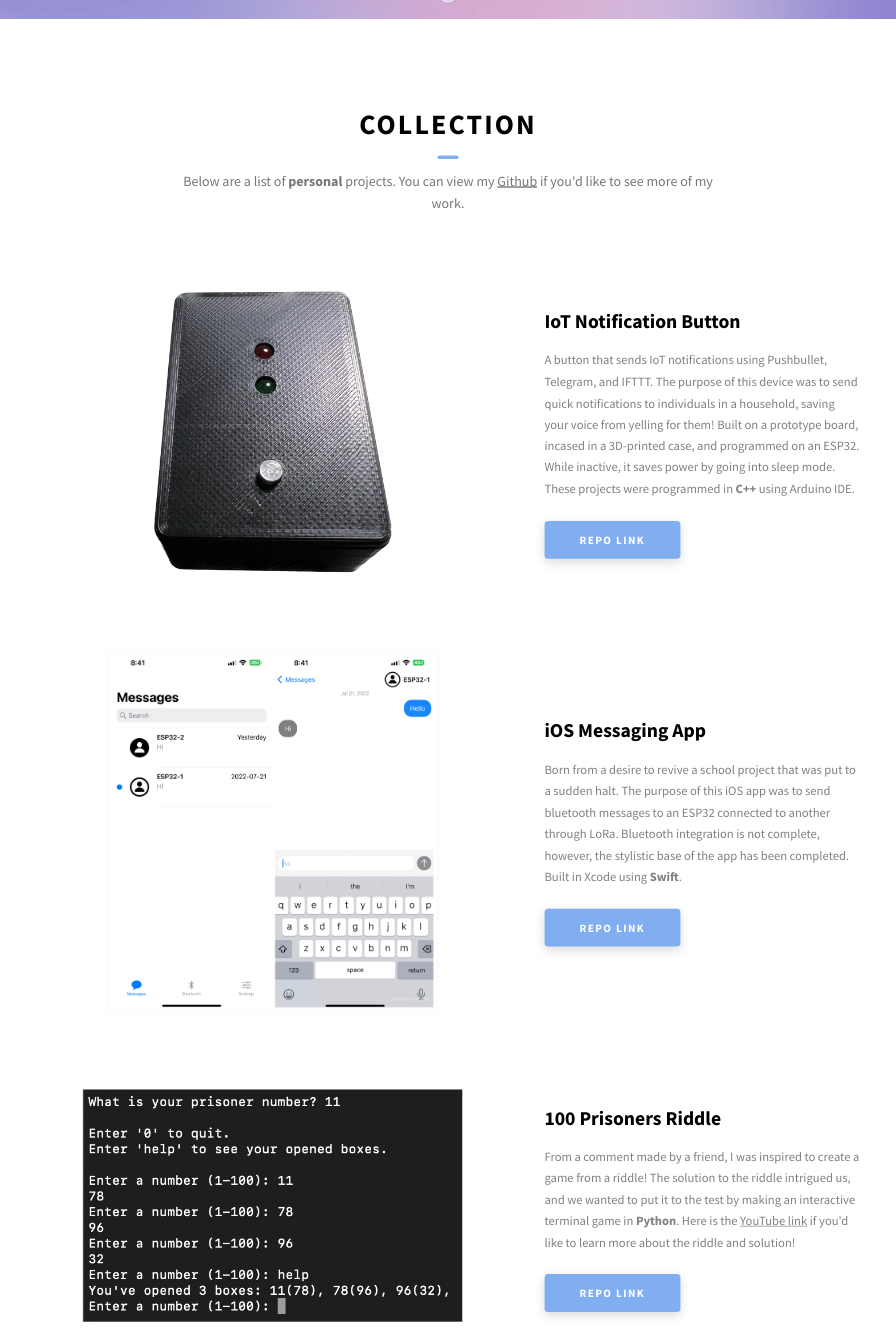
Repository: justinknguyen/Personal-Portfolio
Page: keyboards.html
The author's editor kept a copy of each file at every save. The page is drawn from the files as they stood at one save, then again after the next save.
The browser window is 1280 px wide. The pictures show the part of the page from y = 773 to 2693 px (the page is 3727 px tall before and 2933 px after), at 70% of full size.
The style sheet was rebuilt from its Sass, Less or Tailwind sources for each picture, by a compiler version that may differ from the author's.

Above is the page before, as saved 2022-09-10 16:59:43.
Console error: TypeError: Cannot read properties of undefined (reading 'style')

### keyboards.html
<!DOCTYPE html>
<html lang="en">
  <head>
    <meta charset="UTF-8" />
    <meta name="viewport" content="width=device-width, initial-scale=1.0" />
    <meta http-equiv="X-UA-Compatible" content="ie=edge" />
    <title>Keyboards</title>
    <meta name="description" content="Case study page of Project" />

    <link rel="stylesheet" href="css/style.css" />

    <link rel="preconnect" href="https://fonts.googleapis.com" />
    <link rel="preconnect" href="https://fonts.gstatic.com" crossorigin />
    <link
      href="https://fonts.googleapis.com/css2?family=Source+Sans+Pro:wght@400;600;700;900&display=swap"
      rel="stylesheet"
    />
  </head>
  <body>

    <!-- **** Header of Homepage **** -->
    <header class="header">
      <div class="header__content">
        <div class="header__logo-container">
          <div class="header__logo-img-cont">
            <img
              src="./assets/png/justin.png"
              alt="Ram Maheshwari Logo Image"
              class="header__logo-img"
            />
          </div>
          <span class="header__logo-sub">Justin Nguyen</span>
        </div>
        <div class="header__main">
          <ul class="header__links">
            <li class="header__link-wrapper">
              <a href="./index.html" class="header__link"> Home </a>
            </li>
            <li class="header__link-wrapper">
              <a href="./index.html#about" class="header__link">About </a>
            </li>
            <li class="header__link-wrapper">
              <a href="./index.html#projects" class="header__link">
                Projects
              </a>
            </li>
            <li class="header__link-wrapper">
              <a
                href="./keyboards.html"
                class="header__link"
                >Keyboards</a
              >
            </li>
            <li class="header__link-wrapper">
              <a href="./index.html#contact" class="header__link"> Contact </a>
            </li>
          </ul>
          <div class="header__main-ham-menu-cont">
            <img
              src="./assets/svg/ham-menu.svg"
              alt="hamburger menu"
              class="header__main-ham-menu"
            />
            <img
              src="./assets/svg/ham-menu-close.svg"
              alt="hamburger menu close"
              class="header__main-ham-menu-close d-none"
            />
          </div>
        </div>
      </div>
      <div class="header__sm-menu">
        <div class="header__sm-menu-content">
          <ul class="header__sm-menu-links">
            <li class="header__sm-menu-link">
              <a href="./index.html"> Home </a>
            </li>

            <li class="header__sm-menu-link">
              <a href="./index.html#about"> About </a>
            </li>

            <li class="header__sm-menu-link">
              <a href="./index.html#projects"> Projects </a>
            </li>

            <li class="header__sm-menu-link">
              <a
                href="./keyboards.html"
                >Keyboards</a
              >
            </li>

            <li class="header__sm-menu-link">
              <a href="./index.html#contact"> Contact </a>
            </li>
          </ul>
        </div>
      </div>
    </header>
    <!-- END Header -->


    <!-- **** Hero Section of Homepage **** -->
    <section class="home-hero">
      <div class="home-hero__content">
        <div class="container">
          <div class="typed-out">
            <h1 class="heading-primary">Keyboards</h1>
          </div>
        </div>
        <div class="home-hero__info">
          <p class="text-primary">
            Welcome to my custom mechanical keyboard collection!
          </p>
        </div>
      </div>
      <div class="home-hero__mouse-scroll-cont">
        <div class="mouse"></div>
      </div>
    </section>
    <!-- /END Hero Section -->


    <!-- **** Projects Section of Homepage **** -->
    <section id="projects" class="projects sec-pad">
      <div class="main-container">
          <h2 class="heading heading-sec heading-sec__mb-bg">
            <span class="heading-sec__main">Collection</span>
            <span class="heading-sec__sub">
              Below are a list of <strong>personal</strong> projects.
              You can view my
              <u><a rel="noreferrer" href="https://github.com/justinknguyen" target="_blank">
                Github</a></u>
              if you'd like to see more of my work.
            </span>
          </h2>

          <div class="projects__content">
            <div class="projects__row">
              <div class="projects__row-img-cont">
                <img
                  src="./assets/png/iot-1.png"
                  alt="Software Screenshot"
                  class="projects__row-img"
                  loading="lazy"
                  style="width: 50%; position: relative; left: 50%; transform: translateX(-50%);"
                />
              </div>
              <div class="projects__row-content">
                <h3 class="projects__row-content-title">IoT Notification Button</h3>
                <p class="projects__row-content-desc">
                  A button that sends IoT notifications using Pushbullet, Telegram, and IFTTT.
                  The purpose of this device was to send quick notifications to individuals in a household,
                  saving your voice from yelling for them! Built on a prototype board, incased in a 3D-printed case,
                  and programmed on an ESP32. While inactive, it saves power by going into sleep mode.
                  These projects were programmed in <strong>C++</strong> using Arduino IDE.
                </p>
                <a
                  rel="noreferrer" href="https://github.com/justinknguyen/IoT-Projects/blob/main/ESP32%20-%20Dinner/Dinner_ESP32.ino"
                  class="btn btn--med btn--theme dynamicBgClr"
                  target="_blank"
                  >Repo Link</a
                >
              </div>
            </div>
            <div class="projects__row">
              <div class="projects__row-img-cont">
                <img
                  src="./assets/jpeg/ios-ss1.jpg"
                  alt="Software Screenshot"
                  class="projects__row-img"
                  loading="lazy"
                  style="width: 70%; position: relative; left: 50%; transform: translateX(-50%);"
                />
              </div>
              <div class="projects__row-content">
                <h3 class="projects__row-content-title">iOS Messaging App</h3>
                <p class="projects__row-content-desc">
                  Born from a desire to revive a school project that was put to a sudden halt. The purpose of this iOS app was to send bluetooth
                  messages to an ESP32 connected to another through LoRa. Bluetooth integration is not complete, however,
                  the stylistic base of the app has been completed. Built in Xcode using <strong>Swift</strong>.
                </p>
                <a
                  rel="noreferrer" href="https://github.com/justinknguyen/iOS-Messaging-App"
                  class="btn btn--med btn--theme dynamicBgClr"
                  target="_blank"
                  >Repo Link</a
                >
              </div>
            </div>
            <div class="projects__row">
              <div class="projects__row-img-cont">
                <img
                  src="./assets/png/prisoner-ss.png"
                  alt="Software Screenshot"
                  class="projects__row-img"
                  loading="lazy"
                  style="width: 80%; position: relative; left: 50%; transform: translateX(-50%);"
                />
              </div>
              <div class="projects__row-content">
                <h3 class="projects__row-content-title">100 Prisoners Riddle</h3>
                <p class="projects__row-content-desc">
                  From a comment made by a friend, I was inspired to create a game from a riddle! The solution to the riddle intrigued us,
                  and we wanted to put it to the test by making an interactive terminal game in <strong>Python</strong>. Here is the
                  <u><a rel="noreferrer" href="https://www.youtube.com/watch?v=iSNsgj1OCLA" target="_blank">
                    YouTube link</a></u>
                  if you'd like to learn more about the riddle and solution!
                </p>
                <a
                  rel="noreferrer" href="https://github.com/justinknguyen/prisoner-riddle"
                  class="btn btn--med btn--theme dynamicBgClr"
                  target="_blank"
                  >Repo Link</a
                >
              </div>
            </div>
            <div class="projects__row">
              <div class="projects__row-img-cont">
                <img
                  src="./assets/png/piguide-ss.png"
                  alt="Software Screenshot"
                  class="projects__row-img"
                  loading="lazy"
                  style="width: 100%; position: relative; left: 50%; transform: translateX(-50%);"
                />
              </div>
              <div class="projects__row-content">
                <h3 class="projects__row-content-title">PiGuide</h3>
                <p class="projects__row-content-desc">
                  The Raspberry Pi is an incredibly useful device, enchancing my smart home and provides valuable learning experiences with Linux!
                  With so many applications to install, I decided to create a guide to document all of the projects I've done with the Pi. It helps
                  me immensely with reproducibility and modifications, and I hope it helps others too!
                </p>
                <a
                  rel="noreferrer" href="https://github.com/justinknguyen/PiGuide"
                  class="btn btn--med btn--theme dynamicBgClr"
                  target="_blank"
                  >Repo Link</a
                >
              </div>
            </div>
          </div>

      </div>
    </section>
    <!-- END Projects Section -->


    <!-- **** Footer Section **** -->
    <footer class="main-footer">
      <div class="main-container">
        <div class="main-footer__upper">
          <div class="main-footer__row main-footer__row-1">
            <h2 class="heading heading-sm main-footer__heading-sm">
              <span>Social</span>
            </h2>
            <div class="main-footer__social-cont">
              <a target="_blank" rel="noreferrer" href="https://www.linkedin.com/in/justin-nguyen-194339184">
                <img
                  class="main-footer__icon"
                  src="./assets/png/linkedin-ico.png"
                  alt="icon"
                />
              </a>
              <a target="_blank" rel="noreferrer" href="https://github.com/justinknguyen">
                <img
                  class="main-footer__icon main-footer__icon--mr-none"
                  src="./assets/png/github-ico2.png"
                  alt="icon"
                />
              </a>
            </div>
          </div>
          <div class="main-footer__row main-footer__row-2">
            <h4 class="heading heading-sm text-lt">Justin Nguyen</h4>
            <p class="main-footer__short-desc">
              M.Eng Software Engineering student with a background in Electrical Engineering. Always willing
              to learn and improve my skillset.
            </p>
            <p class="main-footer__short-desc">
              This website is hosted on my Raspberry Pi 4 Model B. You can view the steps
                I've gone through on my
                <u><a rel="noreferrer" href="https://github.com/justinknguyen/PiGuide" target="_blank">
                  Github repo</a></u>
                along with guides for many other applications!
            </p>
          </div>
        </div>

        <!-- If you give me some credit or shoutout here by linking to my website, then it will be a big thing for me and will help me a lot :) -->
        <div class="main-footer__lower">
          &copy; Copyright 2022. Made by
          <a rel="noreferrer" target="_blank" href="https://rammaheshwari.com"
            >Ram Maheshwari</a
          > modified by
          <a rel="noreferrer" target="_blank" href="https://justinknguyen.ca"
            >Justin Nguyen</a
          >.
        </div>
      </div>
    </footer>
    <!-- END Footer Section -->


    <script src="./index.js"></script>
  </body>
</html>

Loaded but not shown: index.js (68 lines, source omitted); css/style.css (919 lines, source omitted)

After the next save:
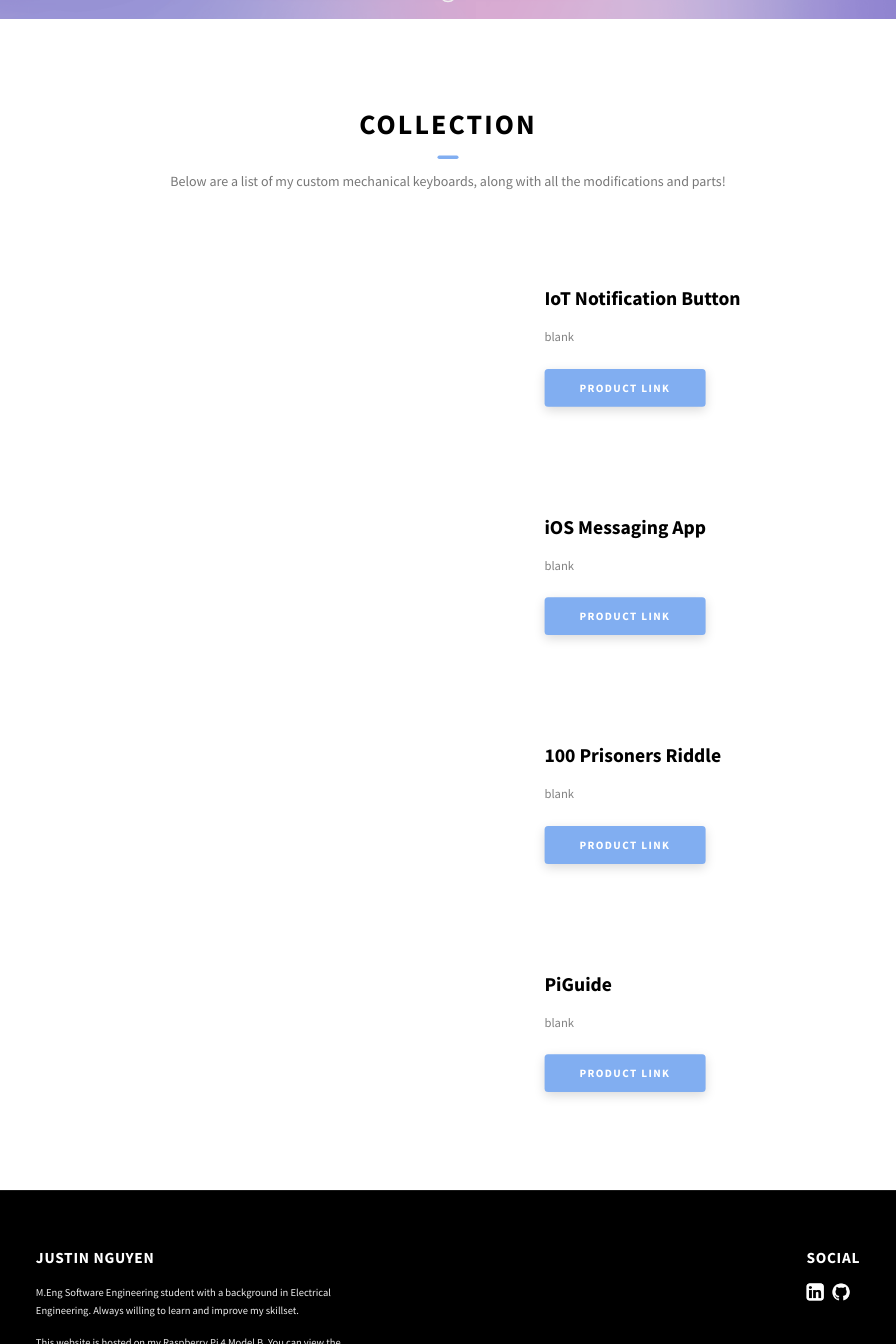
Saved 3 min 14 s later.
--- a/keyboards.html
+++ b/keyboards.html
@@ -128,116 +128,100 @@
           <h2 class="heading heading-sec heading-sec__mb-bg">
             <span class="heading-sec__main">Collection</span>
             <span class="heading-sec__sub">
-              Below are a list of <strong>personal</strong> projects.
-              You can view my
-              <u><a rel="noreferrer" href="https://github.com/justinknguyen" target="_blank">
-                Github</a></u>
-              if you'd like to see more of my work.
+              Below are a list of my custom mechanical keyboards, along with all the modifications and parts!
             </span>
           </h2>
 
           <div class="projects__content">
             <div class="projects__row">
               <div class="projects__row-img-cont">
-                <img
+                <!-- <img
                   src="./assets/png/iot-1.png"
                   alt="Software Screenshot"
                   class="projects__row-img"
                   loading="lazy"
                   style="width: 50%; position: relative; left: 50%; transform: translateX(-50%);"
-                />
+                /> -->
               </div>
               <div class="projects__row-content">
                 <h3 class="projects__row-content-title">IoT Notification Button</h3>
                 <p class="projects__row-content-desc">
-                  A button that sends IoT notifications using Pushbullet, Telegram, and IFTTT.
-                  The purpose of this device was to send quick notifications to individuals in a household,
-                  saving your voice from yelling for them! Built on a prototype board, incased in a 3D-printed case,
-                  and programmed on an ESP32. While inactive, it saves power by going into sleep mode.
-                  These projects were programmed in <strong>C++</strong> using Arduino IDE.
+                  blank
                 </p>
                 <a
                   rel="noreferrer" href="https://github.com/justinknguyen/IoT-Projects/blob/main/ESP32%20-%20Dinner/Dinner_ESP32.ino"
                   class="btn btn--med btn--theme dynamicBgClr"
                   target="_blank"
-                  >Repo Link</a
-                >
-              </div>
-            </div>
-            <div class="projects__row">
-              <div class="projects__row-img-cont">
-                <img
+                  >Product Link</a
+                >
+              </div>
+            </div>
+            <div class="projects__row">
+              <div class="projects__row-img-cont">
+                <!-- <img
                   src="./assets/jpeg/ios-ss1.jpg"
                   alt="Software Screenshot"
                   class="projects__row-img"
                   loading="lazy"
                   style="width: 70%; position: relative; left: 50%; transform: translateX(-50%);"
-                />
+                /> -->
               </div>
               <div class="projects__row-content">
                 <h3 class="projects__row-content-title">iOS Messaging App</h3>
                 <p class="projects__row-content-desc">
-                  Born from a desire to revive a school project that was put to a sudden halt. The purpose of this iOS app was to send bluetooth
-                  messages to an ESP32 connected to another through LoRa. Bluetooth integration is not complete, however,
-                  the stylistic base of the app has been completed. Built in Xcode using <strong>Swift</strong>.
+                  blank
                 </p>
                 <a
                   rel="noreferrer" href="https://github.com/justinknguyen/iOS-Messaging-App"
                   class="btn btn--med btn--theme dynamicBgClr"
                   target="_blank"
-                  >Repo Link</a
-                >
-              </div>
-            </div>
-            <div class="projects__row">
-              <div class="projects__row-img-cont">
-                <img
+                  >Product Link</a
+                >
+              </div>
+            </div>
+            <div class="projects__row">
+              <div class="projects__row-img-cont">
+                <!-- <img
                   src="./assets/png/prisoner-ss.png"
                   alt="Software Screenshot"
                   class="projects__row-img"
                   loading="lazy"
                   style="width: 80%; position: relative; left: 50%; transform: translateX(-50%);"
-                />
+                /> -->
               </div>
               <div class="projects__row-content">
                 <h3 class="projects__row-content-title">100 Prisoners Riddle</h3>
                 <p class="projects__row-content-desc">
-                  From a comment made by a friend, I was inspired to create a game from a riddle! The solution to the riddle intrigued us,
-                  and we wanted to put it to the test by making an interactive terminal game in <strong>Python</strong>. Here is the
-                  <u><a rel="noreferrer" href="https://www.youtube.com/watch?v=iSNsgj1OCLA" target="_blank">
-                    YouTube link</a></u>
-                  if you'd like to learn more about the riddle and solution!
+                  blank
                 </p>
                 <a
                   rel="noreferrer" href="https://github.com/justinknguyen/prisoner-riddle"
                   class="btn btn--med btn--theme dynamicBgClr"
                   target="_blank"
-                  >Repo Link</a
-                >
-              </div>
-            </div>
-            <div class="projects__row">
-              <div class="projects__row-img-cont">
-                <img
+                  >Product Link</a
+                >
+              </div>
+            </div>
+            <div class="projects__row">
+              <div class="projects__row-img-cont">
+                <!-- <img
                   src="./assets/png/piguide-ss.png"
                   alt="Software Screenshot"
                   class="projects__row-img"
                   loading="lazy"
                   style="width: 100%; position: relative; left: 50%; transform: translateX(-50%);"
-                />
+                /> -->
               </div>
               <div class="projects__row-content">
                 <h3 class="projects__row-content-title">PiGuide</h3>
                 <p class="projects__row-content-desc">
-                  The Raspberry Pi is an incredibly useful device, enchancing my smart home and provides valuable learning experiences with Linux!
-                  With so many applications to install, I decided to create a guide to document all of the projects I've done with the Pi. It helps
-                  me immensely with reproducibility and modifications, and I hope it helps others too!
+                  blank
                 </p>
                 <a
                   rel="noreferrer" href="https://github.com/justinknguyen/PiGuide"
                   class="btn btn--med btn--theme dynamicBgClr"
                   target="_blank"
-                  >Repo Link</a
+                  >Product Link</a
                 >
               </div>
             </div>
